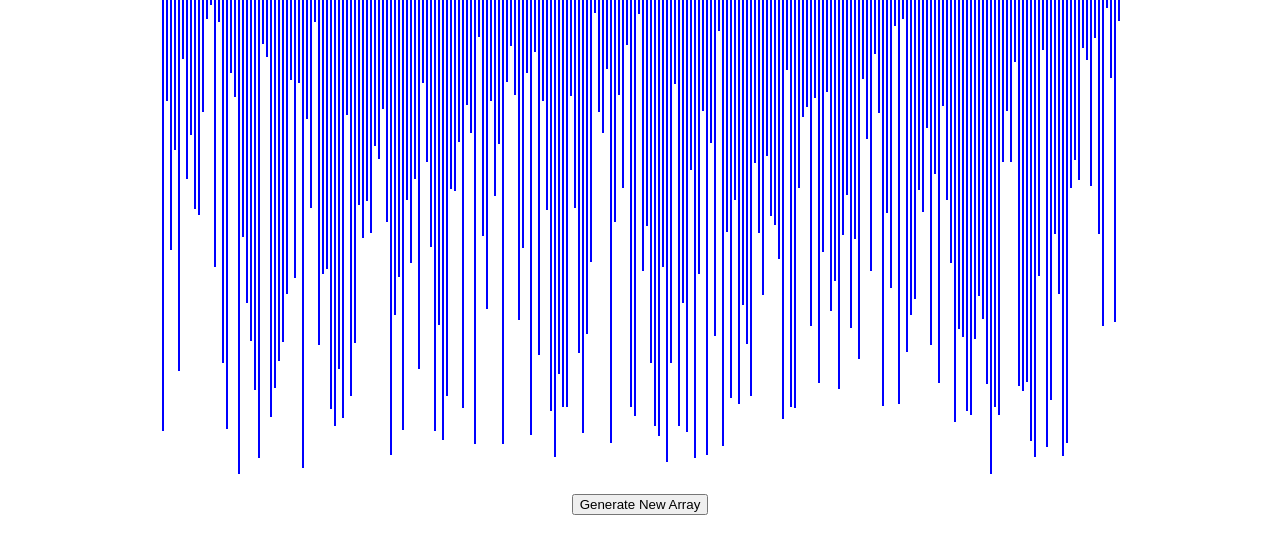
Repository: rehans-Life/sorting-visualizer
Page: /
These files come from the project's save history. The page is drawn as it stood at one moment and after the next save; the edit follows.
The browser window is 1280 px wide. The pictures show the whole page.
The project was rebuilt for these pictures with package versions that can differ from the ones it lists, and the page was loaded fresh each time. The framework's server and built-in components were replaced by stand-ins that run in the browser. Also part of the build but not shown: next.config.js.

Above is the page before, as saved 2023-03-17 18:32:55.

After the next save:
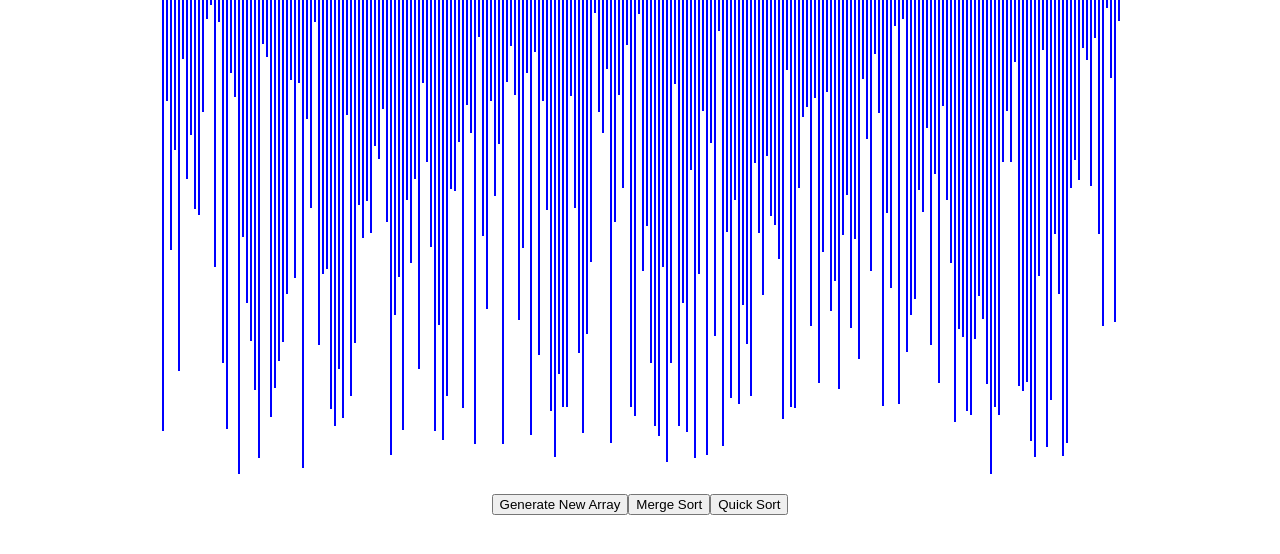
Saved 19 s later.
--- a/pages/index.js
+++ b/pages/index.js
@@ -58,6 +58,12 @@ export default function Home() {
         <button onClick={() => setArray(generateRandomArray(bars, height))}>
           Generate New Array
         </button>
+        <button onClick={() => setArray(generateRandomArray(bars, height))}>
+          Merge Sort
+        </button>
+        <button onClick={() => setArray(generateRandomArray(bars, height))}>
+          Quick Sort
+        </button>
       </div>
     </div>
   );
